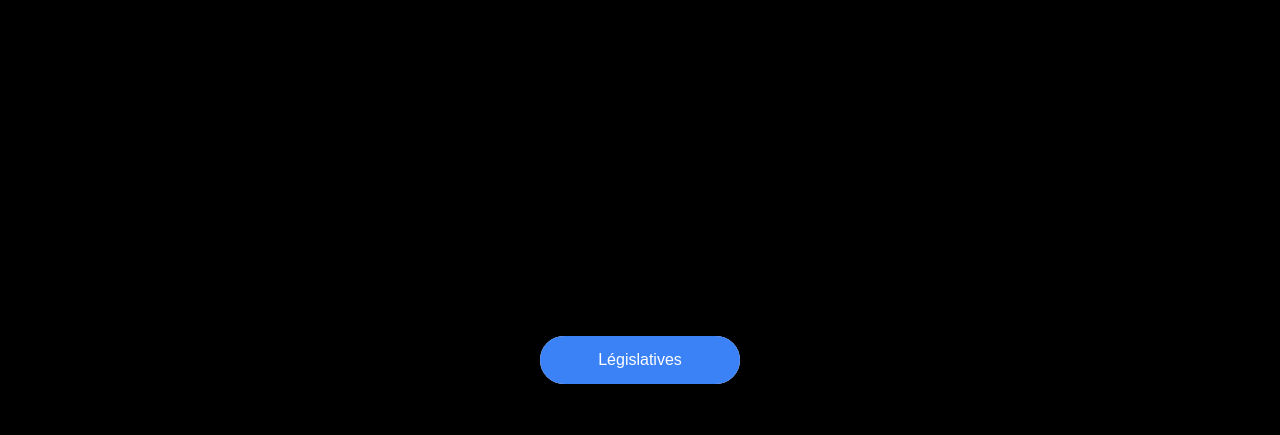
Repository: MDiouf9/legislatives
Page: /
The author's editor kept a copy of each file at every save. The page is drawn from the files as they stood at one save, then again after a run of saves.
The browser window is 1280 px wide. The pictures show the whole page.
The project was rebuilt for these pictures with package versions that can differ from the ones it lists, and the page was loaded fresh each time. The framework's server and built-in components were replaced by stand-ins that run in the browser. Also part of the build but not shown: next.config.ts.

Above is the page before, as saved 2024-10-31 23:34:07.

After the next 2 saves:
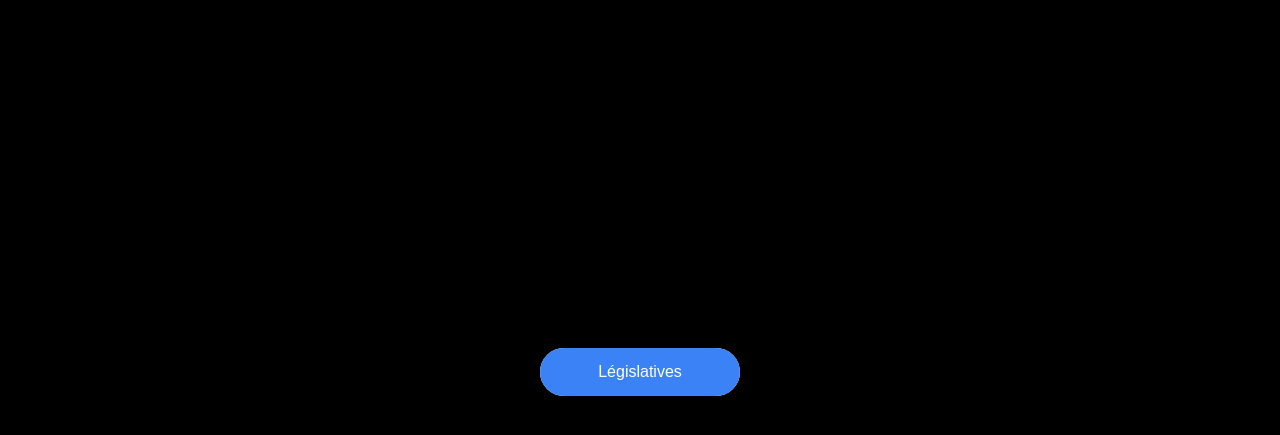
The 2 saves are shown as one change because they came seconds apart.
The last was saved 17 s later.
--- a/src/app/page.tsx
+++ b/src/app/page.tsx
@@ -8,6 +8,7 @@ export default function Page() {
 
   <div className="flex justify-center items-center min-h-screen">
    <div className="max-w-md ">
+      T
    {/* <button
   type="button"
   className="text-white bg-gradient-to-r from-green-600 via-yellow-500 to-red-600 hover:bg-gradient-to-br focus:ring-4 focus:outline-none focus:ring-yellow-300 dark:focus:ring-yellow-800 shadow-lg shadow-yellow-500/50 dark:shadow-lg dark:shadow-yellow-800/80 font-medium rounded-lg text-sm px-5 py-2.5 text-center me-2 mb-2"
